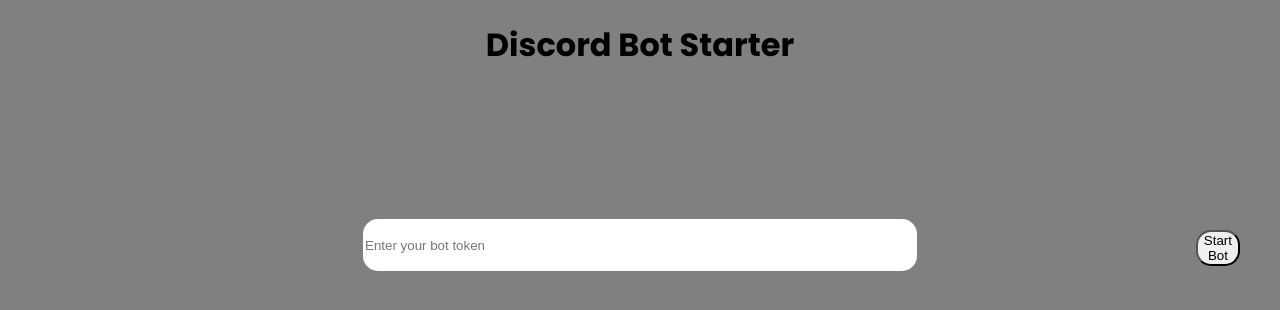
Repository: ranger2202/discord-bot-panel
Page: ranger-bot-runner/app/templates/landing.html
The author's editor kept a copy of each file at every save. The page is drawn from the files as they stood at one save, then again after a run of saves.
The browser window is 1280 px wide. The pictures show the whole page.

Above is the page before, as saved 2023-12-30 12:05:08.

### ranger-bot-runner/app/templates/landing.html
<!DOCTYPE html>
<html lang="en">
<head>
    <meta charset="UTF-8">
    <meta name="viewport" content="width=device-width, initial-scale=1.0">
    <link rel="stylesheet" href="./../static/landing.css">
    <link rel="preconnect" href="https://fonts.googleapis.com">
    <link rel="preconnect" href="https://fonts.gstatic.com" crossorigin>
    <link href="https://fonts.googleapis.com/css2?family=Poppins:wght@400;500;600;700&display=swap" rel="stylesheet">
    <title>Discord Bot Starterqwrqwr</title>
</head>
<body>
    <h1 class="bot-header">Discord Bot Starter</h1>
    <div class="bot-token">
        <input class="bot-token-password" type="password" id="token" placeholder="Enter your bot token">
    </div>
    <div class="start-button">
        <button class="start-button" onclick="startBot()">Start Bot</button>
    </div>


    <script type="text/javascript" src="./../static/js/app.js"></script>
</body>
</html>

### ranger-bot-runner/app/static/landing.css
body {
    background-color: grey;
    padding: 0;
    margin: 0;
    font-family: 'Poppins', sans-serif;
}
.start-button{
    cursor: pointer;
    display: flex;
    justify-content: center;
    position: absolute;
    right: 20px;
    top: 115px;
}
.start-button button{
    border-radius: 15px;

}
.bot-header{
    display: flex;
    justify-content: center;
}
.bot-token{
    display: flex;
    justify-content: center;
    margin-top: 150px;
}
.bot-token-password{
    width: 550px;
    height: 50px;
    border-radius: 15px;
    color: #000;
    border: none;

}

### ranger-bot-runner/app/static/js/app.js
function startBot() {
  var token = document.getElementById('token').value;
  fetch('/start_bot', {
      method: 'POST',
      headers: {
          'Content-Type': 'application/json',
      },
      body: JSON.stringify({ bot_token: token }),  // Adjusted to match server expectation
  })
  .then(response => response.json())
  .then(data => {
      alert(data.message);  // Display the server response message
  })
  .catch(error => {
      alert('There was an error somewhere.');
  });
}

After the next 2 saves:
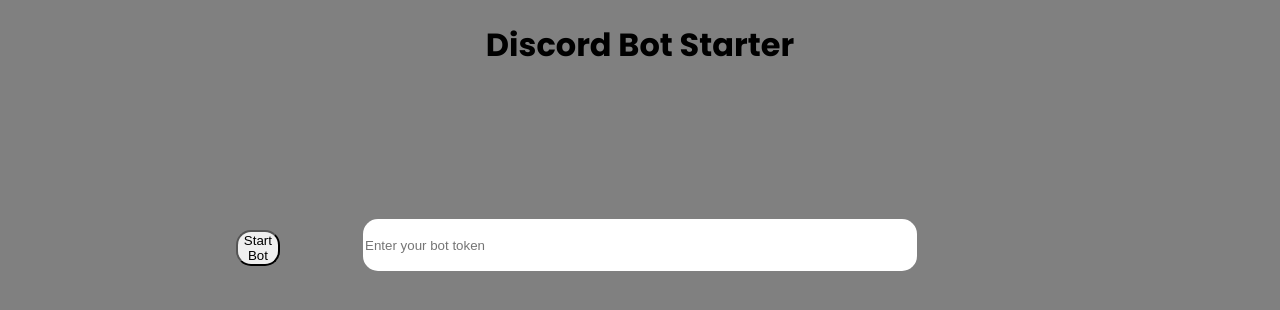
The 2 saves are shown as one change because they came seconds apart.
The last was saved 7 s later.
--- a/ranger-bot-runner/app/static/landing.css
+++ b/ranger-bot-runner/app/static/landing.css
@@ -9,7 +9,7 @@
     display: flex;
     justify-content: center;
     position: absolute;
-    right: 20px;
+    right: 500px;
     top: 115px;
 }
 .start-button button{
